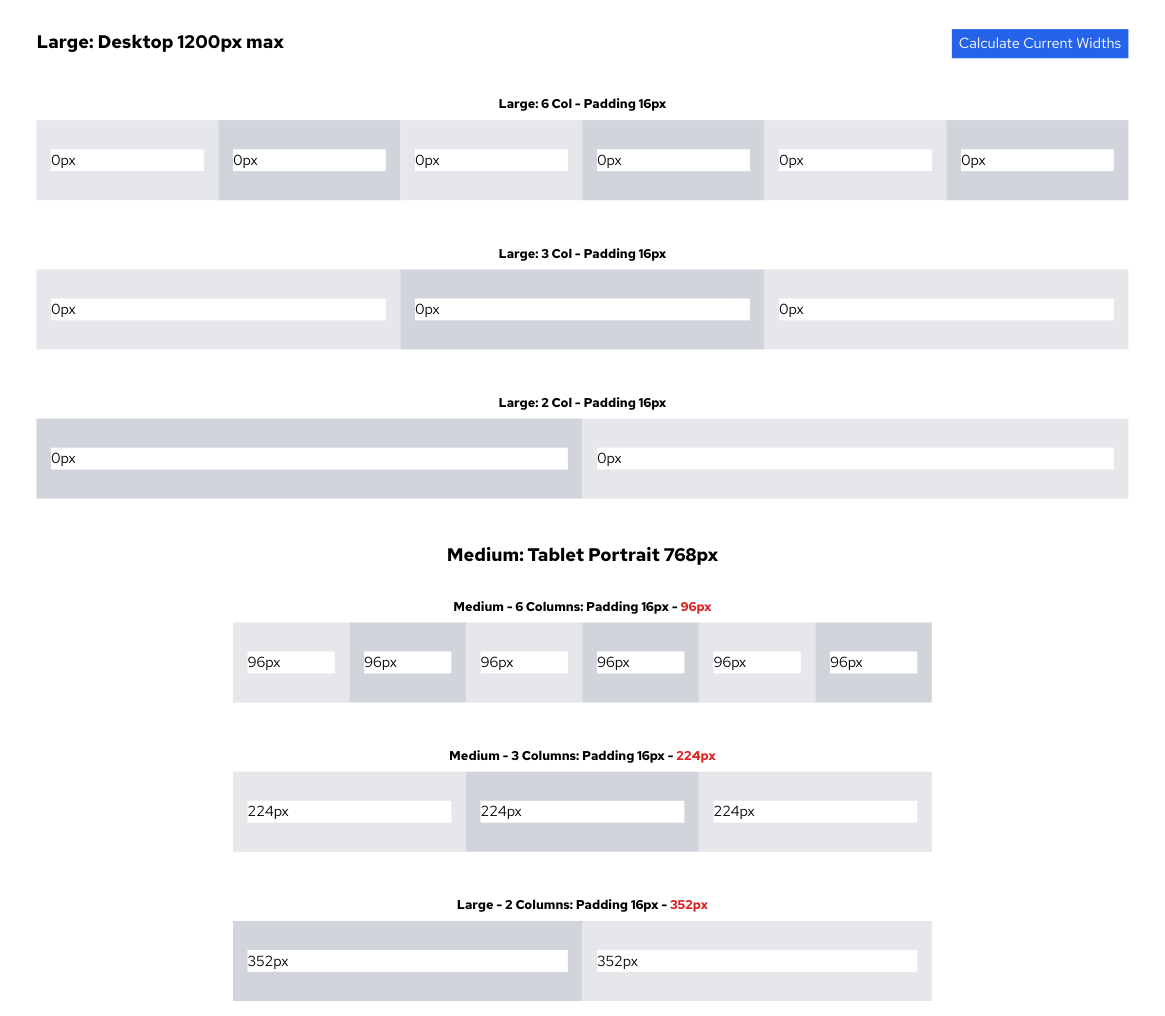
Repository: fabianwurk/vue-tailwind
Page: /
The author's editor kept a copy of each file at every save. The page is drawn from the files as they stood at one save, then again after the next save.
The browser window is 1280 px wide. The pictures show the whole page, at 91% of full size.
The project was rebuilt for these pictures with package versions that can differ from the ones it lists, and the page was loaded fresh each time. Also part of the build but not shown: vite.config.js.

Above is the page before, as saved 2021-03-16 22:13:22.

### index.html
<!DOCTYPE html>
<html lang="en">
  <head>
    <link rel="preconnect" href="https://fonts.gstatic.com">
<link href="https://fonts.googleapis.com/css2?family=Red+Hat+Text:wght@400;700&display=swap" rel="stylesheet">
    <meta charset="UTF-8" />
    <link rel="icon" href="/favicon.ico" />
    <meta name="viewport" content="width=device-width, initial-scale=1.0" />
    <title>Vite App</title>
  </head>
  <body>
    <div id="app"></div>
    <script type="module" src="/src/main.js"></script>
  </body>
</html>

### src/App.vue
<template>
  <Large />
  <Medium />
</template>

<script setup>
import Large from './components/Large.vue';
import Medium from './components/Medium.vue';

</script>

### src/index.css
/* ./src/index.css */
@tailwind base;

body {
  font-family: 'Red Hat Text', sans-serif;
}
@tailwind components;
@tailwind utilities;

### src/components/Large.vue
<template>
  <div class="container mx-auto">
  <div class="flex justify-between">
    <h1 class="text-xl font-bold mb-2 mt-8 text-center">Large: Desktop 1200px max</h1>
    <button class="bg-blue-600 hover:bg-blue-800 text-white px-2 py-1 mt-8 mb-2" @click="calculateWidth()">Calculate Current Widths</button>
  </div>
  <div class="container mx-auto">
    <h2 class="text-sm font-bold mb-2 mt-8 text-center">Large: 6 Col - Padding 16px</h2>
    <div class="flex items-center">
      <div class="w-1/6 bg-gray-200 mb-4 mt-0 py-8 px-4">
        <span class="bg-white w-full block" ref="app6">{{width6}}px</span>
      </div>
      <div class="w-1/6 bg-gray-300 mb-4 mt-0 py-8 px-4">
        <span class="bg-white w-full block" ref="app6">{{width6}}px</span>
      </div>
      <div class="w-1/6 bg-gray-200 mb-4 mt-0 py-8 px-4">
        <span class="bg-white w-full block" ref="app6">{{width6}}px</span>
      </div>
      <div class="w-1/6 bg-gray-300 mb-4 mt-0 py-8 px-4">
        <span class="bg-white w-full block" ref="app6">{{width6}}px</span>
      </div>
      <div class="w-1/6 bg-gray-200 mb-4 mt-0 py-8 px-4">
        <span class="bg-white w-full block" ref="app6">{{width6}}px</span>
      </div>
      <div class="w-1/6 bg-gray-300 mb-4 mt-0 py-8 px-4">
        <span class="bg-white w-full block" ref="app6">{{width6}}px</span>
      </div>
    </div>
  </div>

  <div class="container mx-auto">
    <h2 class="text-sm font-bold mb-2 mt-8 text-center">Large: 3 Col - Padding 16px</h2>
    <div class="flex items-center">
      <div class="w-1/3 bg-gray-200 mb-4 mt-0 py-8 px-4">
        <span class="bg-white w-full block" ref="app3">{{width3}}px</span>
      </div>
      <div class="w-1/3 bg-gray-300 mb-4 mt-0 py-8 px-4">
        <span class="bg-white w-full block" ref="app3">{{width3}}px</span>
      </div>
      <div class="w-1/3 bg-gray-200 mb-4 mt-0 py-8 px-4">
        <span class="bg-white w-full block" ref="app3">{{width3}}px</span>
      </div>
    </div>
  </div>

  <div class="container mx-auto">
    <h2 class="text-sm font-bold mb-2 mt-8 text-center">Large: 2 Col - Padding 16px</h2>
    <div class="flex items-center">
      <div class="w-1/2 bg-gray-300 mb-4 mt-0 py-8 px-4">
        <span class="bg-white w-full block" ref="app2">{{width2}}px</span>
      </div>
      <div class="w-1/2 bg-gray-200 mb-4 mt-0 py-8 px-4">
        <span class="bg-white w-full block" ref="app2">{{width2}}px</span>
      </div>
    </div>
  </div>

  </div>
</template>

<script>
export default {
  data() {
    return {
      width6: 0,
      width3: 0,
      width2: 0,
    };
  },
  methods: {
    calculateWidth() {
      this.width6 = this.$refs.app6.clientWidth;
      this.width3 = this.$refs.app3.clientWidth;
      this.width2 = this.$refs.app2.clientWidth;
    }
  }
}
</script>

### src/components/Medium.vue
<template>
  <div>
  <h1 class="text-xl font-bold mb-2 mt-8 text-center">Medium: Tablet Portrait 768px</h1>
  <div class="max-w-3xl mx-auto">
    <h2 class="text-sm font-bold mb-2 mt-8 text-center">Medium - 6 Columns: Padding 16px - <span class="text-red-600">{{ sixColMd }}</span></h2>
    <div class="flex items-center">
      <div class="w-1/6 bg-gray-200 mb-4 mt-0 py-8 px-4">
        <span class="bg-white w-full block">{{ sixColMd }}</span>
      </div>
      <div class="w-1/6 bg-gray-300 mb-4 mt-0 py-8 px-4">
        <span class="bg-white w-full block">{{ sixColMd }}</span>
      </div>
      <div class="w-1/6 bg-gray-200 mb-4 mt-0 py-8 px-4">
        <span class="bg-white w-full block">{{ sixColMd }}</span>
      </div>
      <div class="w-1/6 bg-gray-300 mb-4 mt-0 py-8 px-4">
        <span class="bg-white w-full block">{{ sixColMd }}</span>
      </div>
      <div class="w-1/6 bg-gray-200 mb-4 mt-0 py-8 px-4">
        <span class="bg-white w-full block">{{ sixColMd }}</span>
      </div>
      <div class="w-1/6 bg-gray-300 mb-4 mt-0 py-8 px-4">
        <span class="bg-white w-full block">{{ sixColMd }}</span>
      </div>
    </div>
  </div>

  <div class="max-w-3xl mx-auto">
    <h2 class="text-sm font-bold mb-2 mt-8 text-center">Medium - 3 Columns: Padding 16px - <span class="text-red-600">{{ threeColMd }}</span></h2>
    <div class="flex items-center">
      <div class="w-1/3 bg-gray-200 mb-4 mt-0 py-8 px-4">
        <span class="bg-white w-full block">{{ threeColMd }}</span>
      </div>
      <div class="w-1/3 bg-gray-300 mb-4 mt-0 py-8 px-4">
        <span class="bg-white w-full block">{{ threeColMd }}</span>
      </div>
      <div class="w-1/3 bg-gray-200 mb-4 mt-0 py-8 px-4">
        <span class="bg-white w-full block">{{ threeColMd }}</span>
      </div>
    </div>
  </div>

  <div class="max-w-3xl mx-auto">
    <h2 class="text-sm font-bold mb-2 mt-8 text-center">Large - 2 Columns: Padding 16px - <span class="text-red-600">{{ twoColMd }}</span></h2>
    <div class="flex items-center">
      <div class="w-1/2 bg-gray-300 mb-4 mt-0 py-8 px-4">
        <span class="bg-white w-full block">{{ twoColMd }}</span>
      </div>
      <div class="w-1/2 bg-gray-200 mb-4 mt-0 py-8 px-4">
        <span class="bg-white w-full block">{{ twoColMd }}</span>
      </div>
    </div>
  </div>

  </div>
</template>

<script>
export default {
  data() {
    return {
      sixColMd: "96px",
      threeColMd: "224px",
      twoColMd: "352px",
    };
  },
}
</script>

### tailwind.config.js
module.exports = {
  purge: ['./index.html', './src/**/*.{vue,js,ts,jsx,tsx}'],
  darkMode: false, // or 'media' or 'class'
  theme: {
    extend: {
      container: {
        'md': {'max': '768px'},
      },
      screens: {
        'xl': {'min': '1200px', 'max': '1280px'},
        '2xl': {'max': '1280px'},
      },
    },
  },
  variants: {
    extend: {},
  },
  plugins: [],
}

Loaded but not shown: src/main.js (common file)

After the next save:
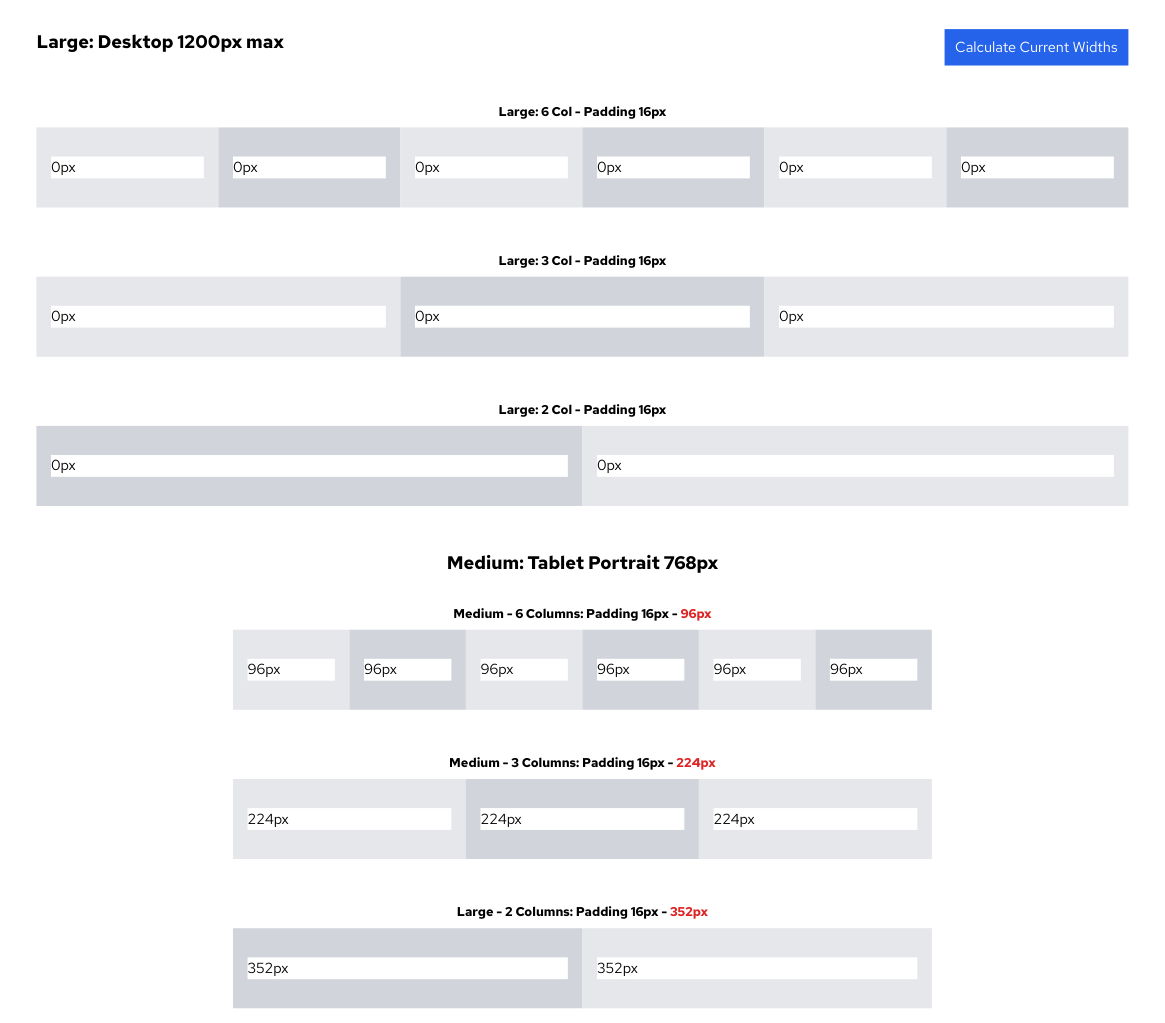
Saved 6 s later.
--- a/src/components/Large.vue
+++ b/src/components/Large.vue
@@ -2,7 +2,7 @@
   <div class="container mx-auto">
   <div class="flex justify-between">
     <h1 class="text-xl font-bold mb-2 mt-8 text-center">Large: Desktop 1200px max</h1>
-    <button class="bg-blue-600 hover:bg-blue-800 text-white px-2 py-1 mt-8 mb-2" @click="calculateWidth()">Calculate Current Widths</button>
+    <button class="bg-blue-600 hover:bg-blue-800 text-white px-3 py-2 mt-8 mb-2" @click="calculateWidth()">Calculate Current Widths</button>
   </div>
   <div class="container mx-auto">
     <h2 class="text-sm font-bold mb-2 mt-8 text-center">Large: 6 Col - Padding 16px</h2>
